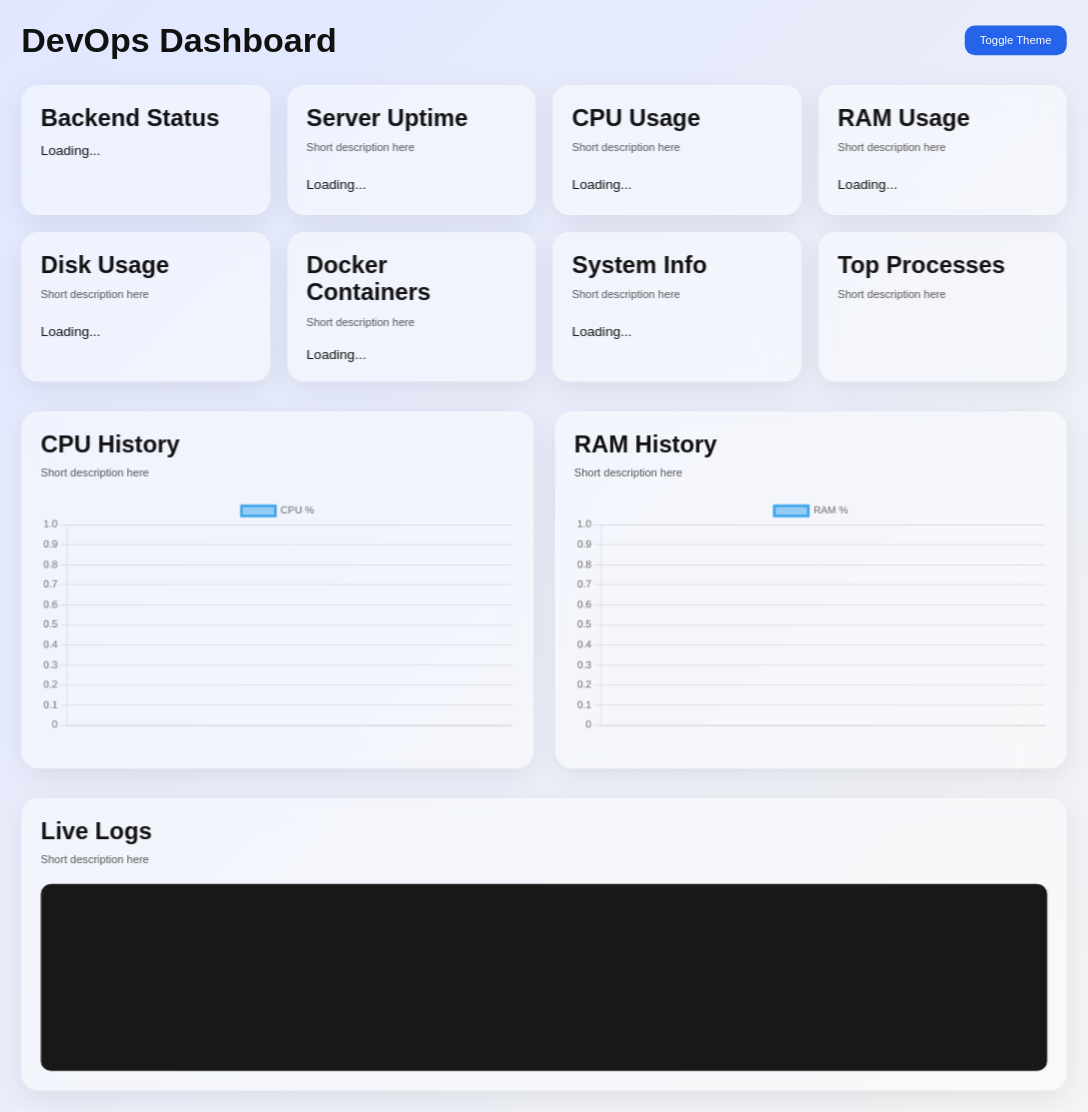
Repository: manoj-991/devops-dashboard
Page: frontend/index.html
An editor plug-in stored every save of this project. The page is shown before and after a run of saves, followed by the edit.
The browser window is 1280 px wide. The pictures show the whole page, at 85% of full size.
The page's requests for data from a server got no answer.

Above is the page before, as saved 2026-05-23 21:45:39.

After the next 2 saves:
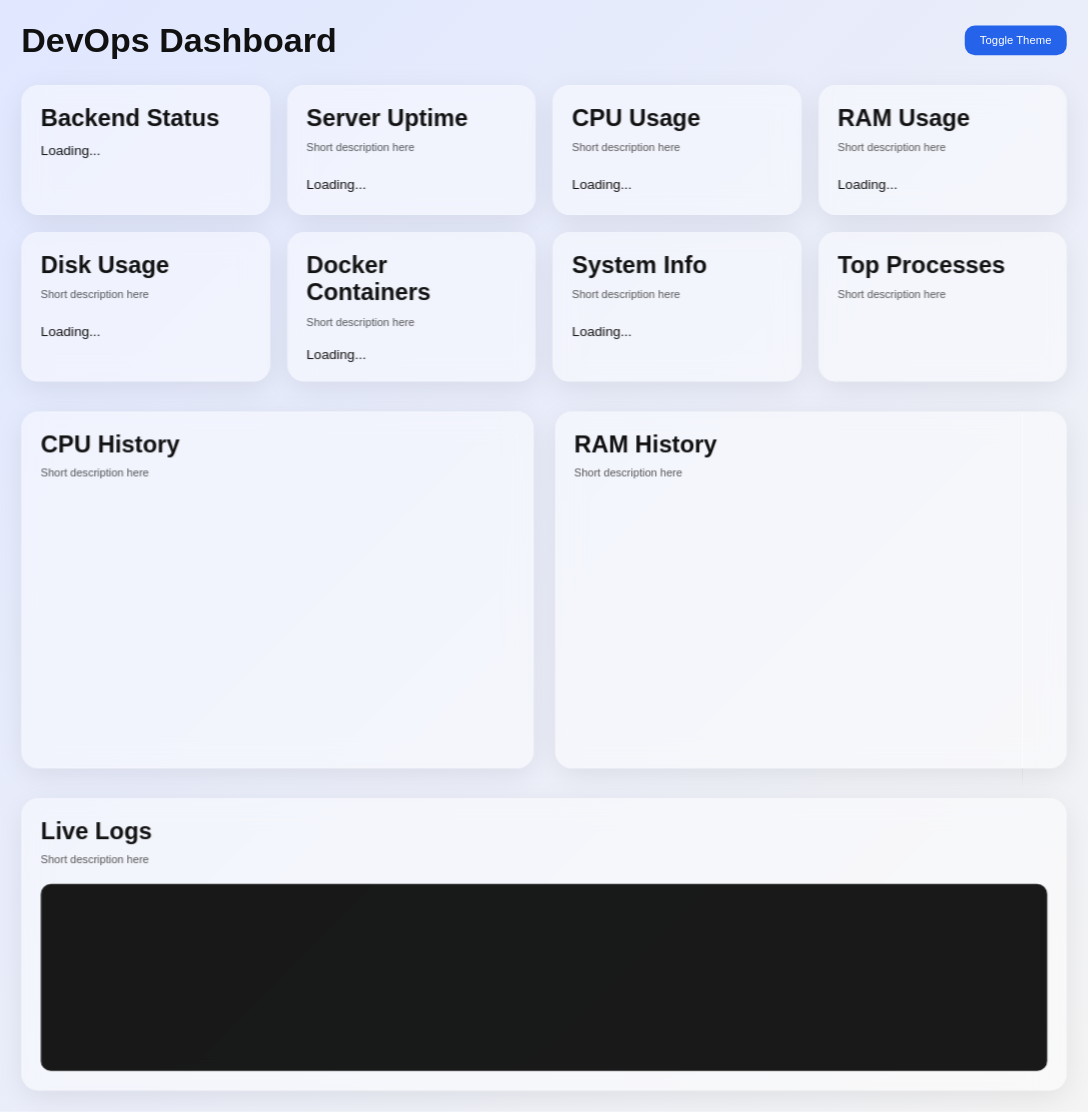
Console error: SyntaxError: Unexpected identifier 'tension'
The 2 saves are shown as one change because they came seconds apart.
The last was saved 2 min 45 s later.
--- a/frontend/app.js
+++ b/frontend/app.js
@@ -8,6 +8,8 @@
             datasets: [{
                 label: "CPU %",
                 data: []
+                tension: 0.4,
+                fill: true,
             }]
         }
     }

After the 5 saves that followed:
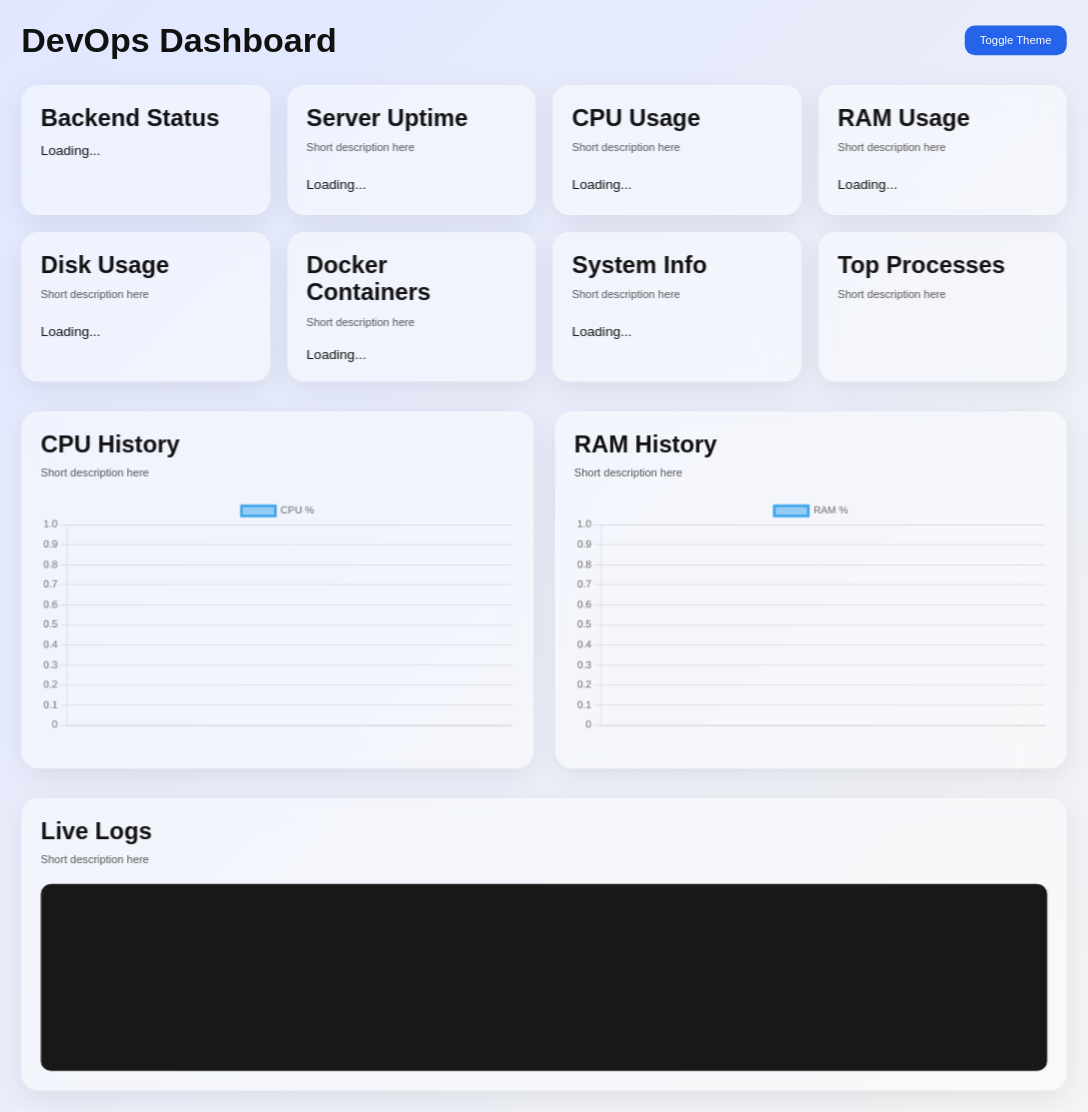
The error is gone.
The 5 saves are shown as one change because 1 left the picture as it was and some came seconds apart.
The last was saved 2 min 29 s later.
--- a/frontend/app.js
+++ b/frontend/app.js
@@ -7,7 +7,7 @@
             labels: [],
             datasets: [{
                 label: "CPU %",
-                data: []
+                data: [],
                 tension: 0.4,
                 fill: true,
             }]
@@ -24,7 +24,9 @@
             labels: [],
             datasets: [{
                 label: "RAM %",
-                data: []
+                data: [],
+                tension: 0.4,
+                fill: true,
             }]
         }
     }
